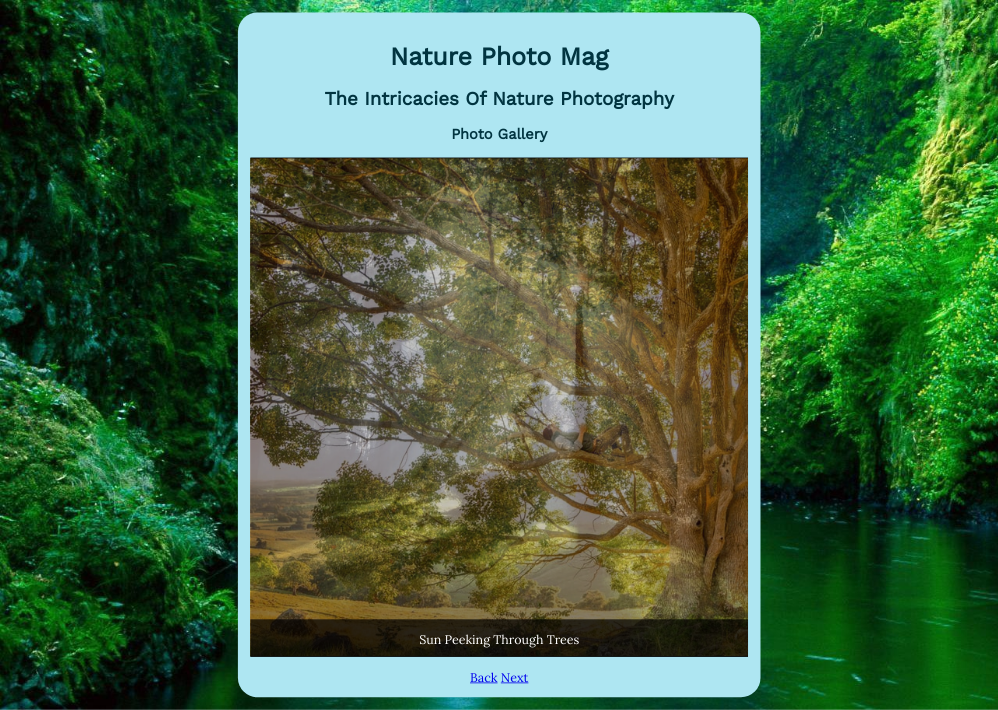
Repository: alexmaddux99/Image-Gallery
Page: index.html
The author's editor kept a copy of each file at every save. The page is drawn from the files as they stood at one save, then again after the next save.
The browser window is 1280 px wide. The pictures show the whole page, at 78% of full size.
Backgrounds fixed to the window are drawn as part of the page.

Above is the page before, as saved 2022-03-10 11:33:53.

### index.html
<!DOCTYPE html>
<html lang="en">
<head>
  <meta charset="UTF-8">
  <meta http-equiv="X-UA-Compatible" content="IE=edge">
  <meta name="viewport" content="width=device-width, initial-scale=1.0">
  <title>Nature Photo Mag - The Intricacies Of Nature Photography - Photo Gallery</title>
  <link rel="stylesheet" href="css/main.css">
  <script  src="js/main.js" defer></script>

</head>
<body>

<div class="content">
<h1>Nature Photo Mag</h1>
<h2>The Intricacies Of Nature Photography</h2>
<section>
  <h3>Photo Gallery</h3>

  <figure class="frame">

    <img class="slide current" src="images/1.jpg" alt="Man Sleeping In Tree">
    <img class="slide" src="images/2.jpg" alt="Sun Peeking Through Trees">
    <img class="slide" src="images/3.jpg" alt="Couple Looking At Mountain Overlooking Lake">
    <img class="slide" src="images/4.jpg" alt="Northern Lights">
    <img class="slide" src="images/5.jpg" alt="Storm On The Coast">
    <img class="slide" src="images/6.jpg" alt="Mountain Overlooking house">
    <img class="slide" src="images/7.jpg" alt="Aerial Shot of Antartic Landscape">
    <img class="slide" src="images/8.jpg" alt="Close Up Of Crystal">
    <img class="slide" src="images/9.jpg" alt="Aerial Shot Of Remote Landscape">
    <img class="slide" src="images/10.jpg" alt="Aerial Shot Overlooking Ice Berg">




    <figcaption class="caption"></figcaption>
  </figure>

  <div class="controls">
    <a href="#" class="back-btn">Back</a>
    <a href="#" class="next-btn">Next</a>
  </div>

</section>
</div>

</body>
</html>

### css/main.css
@import url('https://fonts.googleapis.com/css2?family=Lora&family=Work+Sans&display=swap');

* {
  box-sizing:border-box;
}



body {
  color: #013440;
  text-align:center;
  background-image: url(../images/background.jpg);
  background-attachment: fixed;
}

h1, h2, h3{

  font-family: 'Work Sans', sans-serif;

}

section {
  min-height: max-content;
  width: 100%;
  margin: auto;
}

.frame {
  background-color: black;
  position:relative;
  max-width:640px;
  width: 100%;
  height:640px;
  margin: 1rem auto;

}

.slide {
  object-fit: contain;
  width: 100%;
  height: 100%;
  display:block;
  margin-bottom: 2rem;
}


.hide {
  opacity: 0;
  transition: opacity .5s ease-out;
}


.current {
  transition: opacity .5s ease-out;
}


.abs-pos {
  position: absolute;
}

.caption {
  font-family: 'Lora', serif;
  position: absolute;
  z-index: 3;
  color: #fff;
  background: rgba(0, 0, 0, .7);
  bottom: 0;
  width: 100%;
  height: 1rem;
  padding: 1rem 1rem 2rem 1rem;
}

.controls {
  font-family: 'Lora', serif;
  display: none;
}

.content{
  margin: 1rem;
    padding: 1rem;
  background-color: #AEE6F2;
  border-radius: 25px;
}

@media only screen and (min-width: 768px) {
  .content{
      margin-left: auto;
      margin-right: auto;
      align-content: center;
      max-width: 670px;
  }
  }

### js/main.js
document.addEventListener('DOMContentLoaded', init);
var myInterval = "";

function init() {
  //create shortcut vars
  const back_btn = document.querySelector(".back-btn");
  const next_btn = document.querySelector(".next-btn");
  const frame = document.querySelector(".frame");
  const slides = frame.querySelectorAll("img");
  const caption = document.querySelector(".caption");
  const controls = document.querySelector(".controls");


  //with JS active, hide all images
  slides.forEach((slide) => {
    slide.classList.add("hide", "abs-pos");
  });

  // show the first slide
  slides[0].classList.remove("hide");

  //make the controls work
   next_btn.addEventListener("click",changeSlide);
   back_btn.addEventListener("click", changeSlide);

   // set the caption dynamically
   caption.innerHTML = frame.firstElementChild.alt;

   //show the controls
   controls.style.display = "block";

   myInterval = setInterval(changeSlide, 5000);
}



function changeSlide(e) {

    // stop link from trying to reload page
    if(e) {
      e.preventDefault();
      clearInterval(myInterval);
    }

    //shortcut vars
    const frame = document.querySelector(".frame");
    const slides = frame.querySelectorAll("img");
    const caption = document.querySelector(".caption");
    let showing = document.querySelector(".current");
    let nextUp = "";

    if(!e || e.target.className == 'next-btn') {
      nextUp = showing.nextElementSibling;
    }else{
      nextUp = showing.previousElementSibling;
    }


    // deactivate current image
    showing.classList.toggle("hide");
    showing.classList.toggle("current");

    //make sure next image is there
    if (!nextUp) {
      nextUp = slides[slides.length - 1];
    }

    if (nextUp.nodeName !== "IMG") {
      nextUp = slides[0];
    }

    // activate next image
    nextUp.classList.toggle("hide");
    nextUp.classList.toggle("current");

    //change caption text
    caption.innerHTML = nextUp.alt;
  }

After the next save:
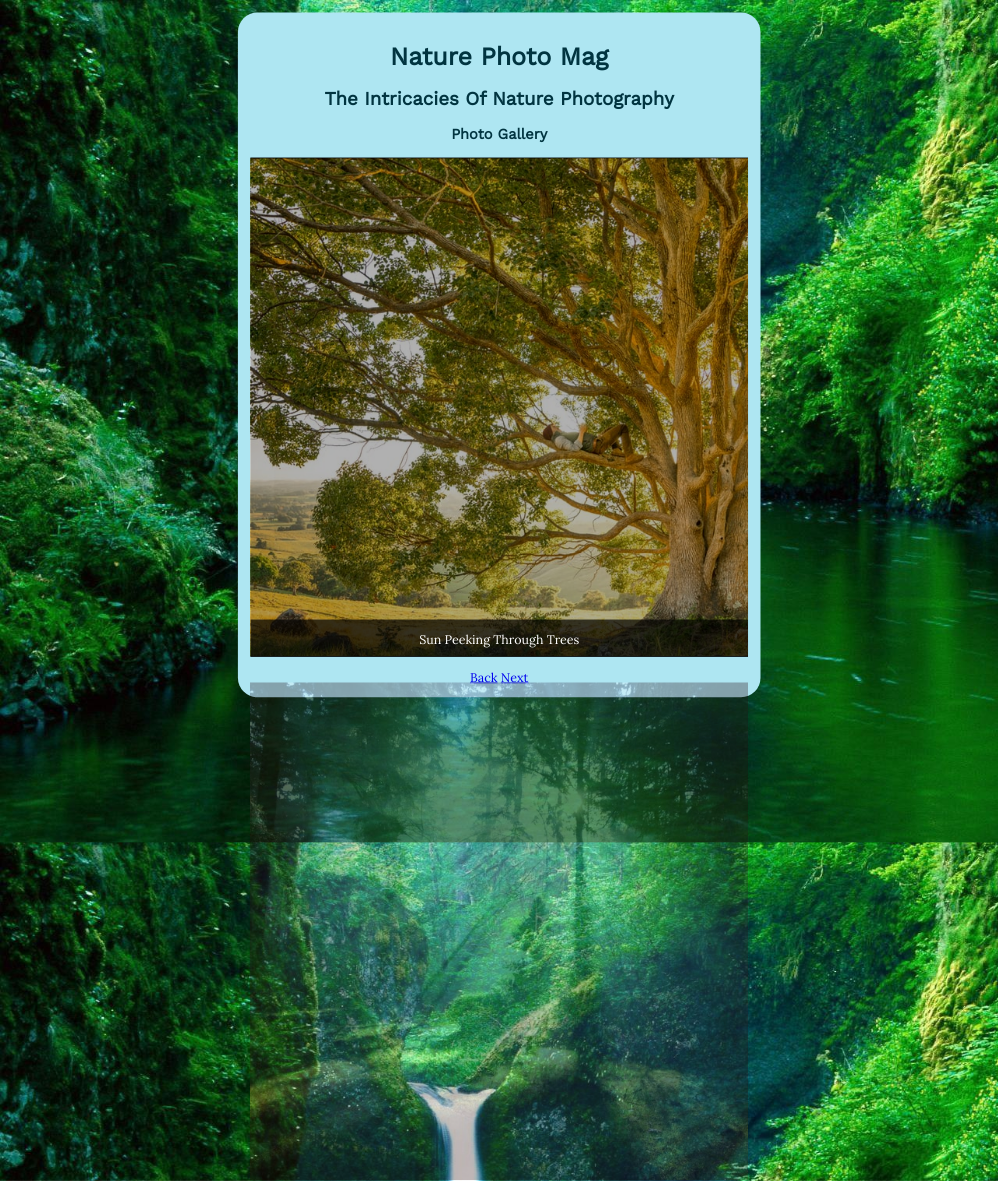
Saved 66 s later.
--- a/index.html
+++ b/index.html
@@ -19,7 +19,9 @@
 
   <figure class="frame">
 
+    <div class="slide current">
     <img class="slide current" src="images/1.jpg" alt="Man Sleeping In Tree">
+  </div>
     <img class="slide" src="images/2.jpg" alt="Sun Peeking Through Trees">
     <img class="slide" src="images/3.jpg" alt="Couple Looking At Mountain Overlooking Lake">
     <img class="slide" src="images/4.jpg" alt="Northern Lights">
